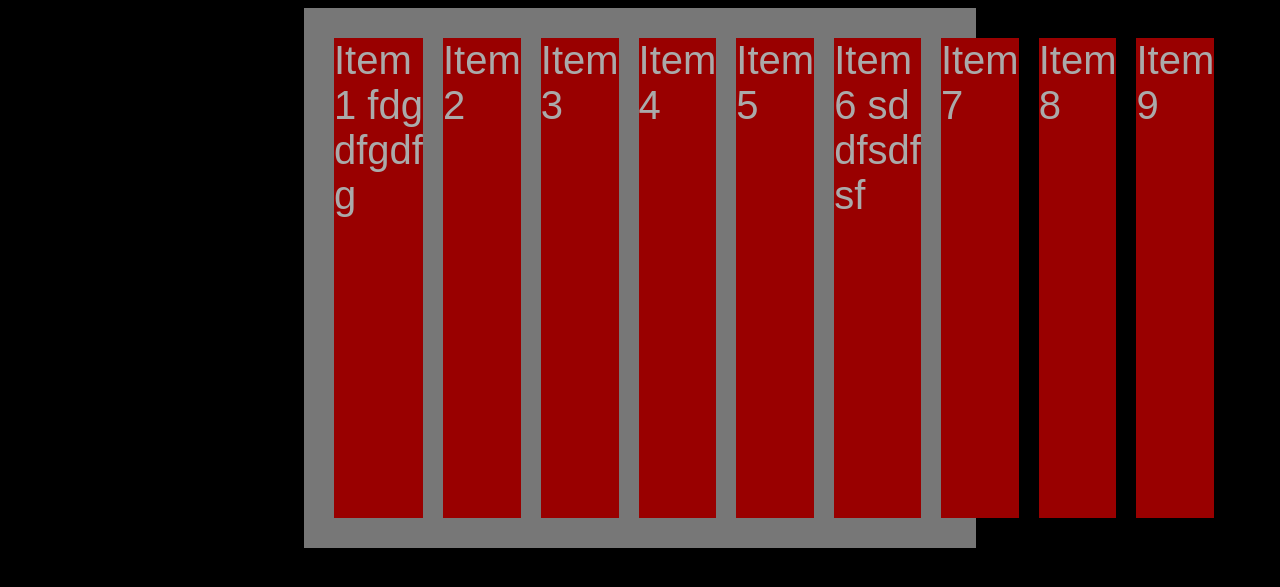
Repository: vitorgiovane/origamid-flexblog
Page: index.html
An editor plug-in stored every save of this project. The page is shown before and after the next save, followed by the edit.
The browser window is 1280 px wide. The pictures show the whole page.

Above is the page before, as saved 2019-02-24 21:46:21.

After the next save:
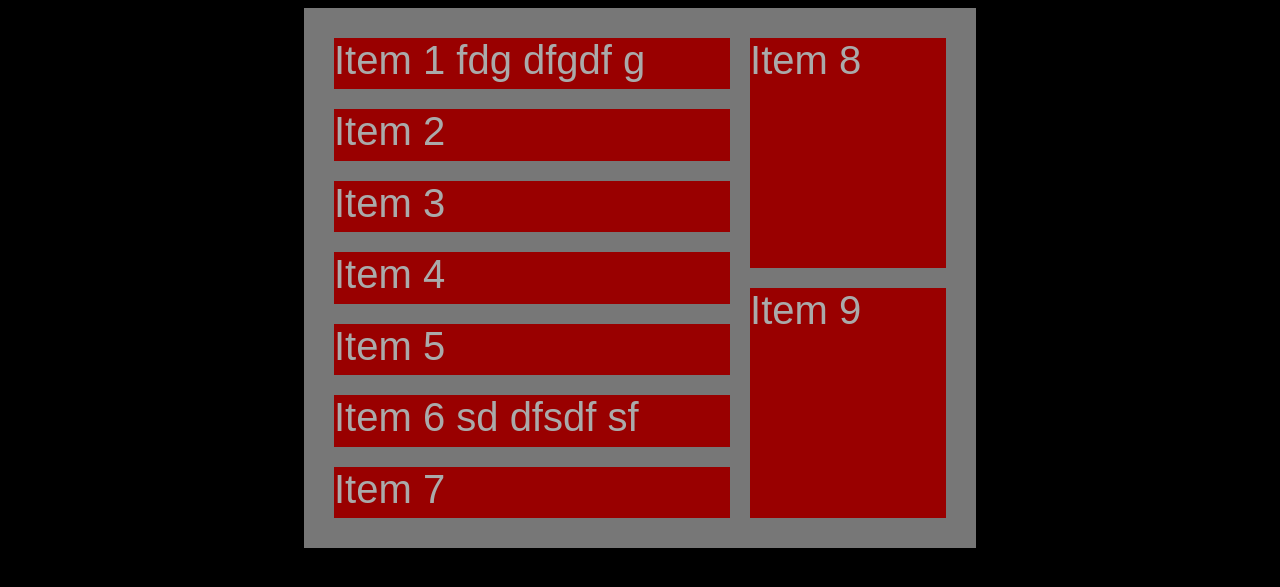
Saved 6 min 23 s later.
--- a/style.css
+++ b/style.css
@@ -12,13 +12,14 @@
   height: 500px;
   margin: auto;
   /* flex-wrap: wrap-reverse; */
-  flex-flow: row nowrap;
+  flex-flow: column wrap;
+  justify-content: space-around;
 }
 
 .item{
   background-color: #900;
   margin:10px;
-  /* flex: 1; */
+  flex: 1;
   font-size: 40px;
   font-family: sans-serif;
 }
